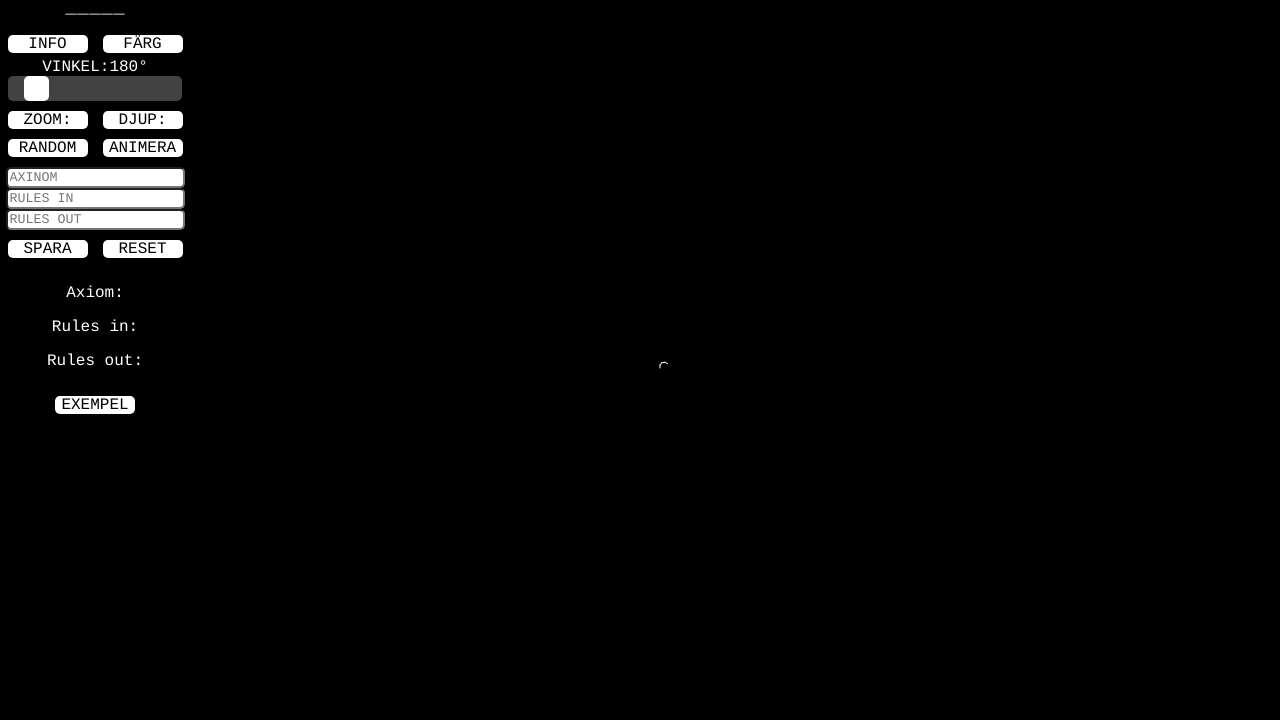
Repository: Gabrielw123/Fraktalgenerator
Page: fraktaler/test/index.html
An editor plug-in stored every save of this project. The page is shown before and after the next save, followed by the edit.
The browser window is 1280 px wide. The pictures show the whole page.
Some web libraries are served in a nearby version.

Above is the page before, as saved 2022-01-13 09:48:29.

### fraktaler/test/index.html
<!DOCTYPE html>
<html lang="en">
  <head>
    <meta charset="UTF-8" />
    <meta http-equiv="X-UA-Compatible" content="IE=edge" />
    <meta name="viewport" content="width=device-width, initial-scale=1.0" />
    <link rel="stylesheet" href="style.css" />
    <title>Fraktal Generator</title>
    <script src="https://cdn.jsdelivr.net/npm/p5@1.0.0/lib/p5.js"></script>
    <!--fading-->
    <script src="http://ajax.googleapis.com/ajax/libs/jquery/1.7.1/jquery.min.js" type="text/javascript"></script>
  </head>
  <body>
    <!--Skapa en canvas-->
    <canvas id="canvas"></canvas>
    <div class="menu">
      <div class="kontroller">
        <div onmousedown="return false" onselectstart="return false" class="grid-container1">
          <div class="grid-item">
            <a class="knappgöm" id="gömknapp" onClick="action();">⏤⏤⏤⏤⏤</a>
          </div>
        </div>
        <div onmousedown="return false" onselectstart="return false" class="grid-container" id="göm1">
          <div class="grid-item">
            <a class="knapp" id="infoknapp">INFO</a>
          </div>
          <div class="grid-item">
            <a class="knapp" id="colorknapp" onclick="color();">FÄRG</a>
          </div>
      </div>
      <!--slider vinkel-->
      <div class="slider-container" id="göm2">
        <a onmousedown="return false" onselectstart="return false" >VINKEL:<span id="vinkel-out"></span>&deg;</a>
        <input type="range" min="0" max="360" class="slider" id="vinkel" />
      </div>

      <div onmousedown="return false" onselectstart="return false" class="grid-container"id="göm3">
        <div class="grid-item">
          <a class="knapp" id="längdknapp"
            >ZOOM:<span id="segment_n"></span
          ></a>
        </div>
        <div class="grid-item">
          <a class="knapp" id="djupknapp">DJUP:<span id="generation-out"></span></a>
        </div>

        <div class="grid-item">
          <a class="knapp" id="randomknapp" onclick="random();">RANDOM</a>
        </div>
        <div class="grid-item">
          <a class="knapp" id="animeraknapp" onclick="animera();">ANIMERA</a>
        </div>
      </div>

      <div class="grid-container1"id="göm4">
        <div class="grid-item">
          <input style="font-family:courier" class="input" type="text" placeholder="AXINOM" id="axiom" />
          <input style="font-family:courier" class="input" type="text" placeholder="RULES IN" id="rules1" />
          <input style="font-family:courier" class="input" type="text" placeholder="RULES OUT" id="rules2" />
        </div>

      </div>
      <div onmousedown="return false" onselectstart="return false" class="grid-container"id="göm5">
        <div class="grid-item">
          <a class="knapp" id="btn">SPARA</a>
        </div>
        <div class="grid-item">
          <a class="knapp" id="resetknapp" onclick="reset();">RESET</a>
        </div>

      </div>
      <div class="grid-container1"id="göm6">

        <div class="grid-item">
          <p>Axiom:<span id="axiom-out"></span></p>
          <p>Rules in:<span id="rules1-out"></span></p>
          <p>Rules out:<span id="rules2-out"></span></p>
          <p></p>
        </div>
        <div class="grid-item">
          <a onmousedown="return false" onselectstart="return false" class="knapp" id="exempelknapp" onclick="example();">EXEMPEL</a>
        </div>
      </div>

      <!--EXEMPEL-->

      <div onmousedown="return false" onselectstart="return false"  class="grid-container"id="göm7">
        <div class="grid-item">
          <a class="knappex" id="Board">Board</a>
        </div>
        <div class="grid-item">
          <a class="knappex" id="Crystal">Crystal</a>
        </div>
        <div class="grid-item">
          <a class="knappex" id="Dragon Curve">Dragon Curve</a>
        </div>
        <div class="grid-item">
          <a class="knappex" id="Hexagonal Gosper">Hexagonal Gosper</a>
        </div>
        <div class="grid-item">
          <a class="knappex" id="Kochcurve" >Koch curve</a>
        </div>
        <div class="grid-item">
          <a class="knappex" id="Krishna Anklets">Krishna Anklets</a>
        </div>
        <div class="grid-item">
          <a class="knappex" id="Lévy curve" >Lévy curve</a>
        </div>
        <div class="grid-item">
          <a class="knappex" id="L-System Bushes 1" >L-System Bushes 1</a>
        </div>
        <div class="grid-item">
          <a class="knappex" id="L-System Bushes 2">L-System Bushes 2</a>
        </div>
        <div class="grid-item">
          <a class="knappex" id="Peano Curve">Peano Curve</a>
        </div>
        <div class="grid-item">
          <a class="knappex" id="Quadratic Snowflake">Quadratic Snowflake
          </a>
        </div>
        <div class="grid-item">
          <a class="knappex" id="Rings" >Rings</a>
        </div>
        <div class="grid-item">
          <a class="knappex" id="Sierpinski Arrowhead">Sierpinski Arrowhead</a>
        </div>
        <div class="grid-item">
          <a class="knappex" id="Sierpinskisquare">Sierpinski Square</a>
        </div>
        <div class="grid-item">
          <a class="knappex" id="Snowflake">Snowflake</a>
        </div>
        <div class="grid-item">
          <a class="knappex" id="Tiles" >Tiles</a>
        </div>
        <div class="grid-item">
          <a class="knappex" id="Triangle">Triangle</a>
        </div>
        <div class="grid-item">
          <a class="knappex" id="Von Koch Snowflake" >Von Koch Snowflake</a>
        </div>
    </div>
  </div>
    <!--Script-->
    <script src="bruh.js">example();
      fraktal.update();
    </script>
  </body>
</html>

### fraktaler/test/style.css
body {
  font-family: "courier", monospace;
  background-color: black;
  color: white;
  text-align: center;
}

.menu {
  background: rgba(97, 97, 97, 1);
  width: 190px;
  height: windowHeight;
  margin: auto;
  border-radius: 10px;
  position: fixed;
  top: 0%;
  left: 0%;
  right: 100%;
}
.input {
  width: 90%;
  border-radius: 5px;
}
#color {
  color: red;
}
.kontroller {
  background: rgba(97, 97, 97, 0);
  width: 190px;
  height: 180px;
  margin: auto;
  border-radius: 10px;
  position: fixed;
  top: 0%;
  left: 0%;
  right: 100%;
}
.grid-container {
  display: grid;
  grid-template-columns: auto auto;
}
.grid-item {
  text-align: center;
  margin: auto;
  padding-top: 5px;
  padding-bottom: 5px;
}
.grid-container1 {
  display: grid;
  grid-template-columns: auto;
}
.grid-item1 {
  text-align: center;
  margin: auto;
  padding-top: 5px;
  padding-bottom: 5px;
  width: 300px;
}
#axiom-out {
  text-align: left;
}
.slider-container {
  display: grid;
  grid-template-columns: auto;
  width: 92%;
  margin: auto;
  padding-bottom: 5px;
}
.slider {
  -webkit-appearance: none;
  width: 100%;
  height: 25px;
  background: #424242;
  outline: none;
  margin: auto;
  -webkit-transition: 0.2s;
  transition: opacity 0.2s;
  border-radius: 5px;
}

.slider:hover {
  background: #262626;
}

.slider::-webkit-slider-thumb {
  -webkit-appearance: none;
  appearance: none;
  width: 25px;
  height: 25px;
  background: #ffffff;
  cursor: pointer;
  border-radius: 5px;
}

.slider::-moz-range-thumb {
  width: 25px;
  height: 25px;
  background: #04aa6d;
  cursor: pointer;
}

a.knapp {
  display: block;
  background: white;
  color: black;
  width: 80px;
  cursor: pointer;
  border-radius: 5px;
}
a.knapp:hover {
  background: #424242;
  border-radius: 5px;
}

#canvas {
  position: fixed;
  top: 0px;
  left: 0px;
  z-index: -1;
}

a.knappon {
  display: block;
  width: 80px;
  background: #444444;
  color: #ffffff;
  cursor: pointer;
  border-radius: 5px;
}
a.knappex {
  display: block;
  background: white;
  color: black;
  width: 85px;
  cursor: pointer;
  font-size: 15px;
  height: 35px;
  border-radius: 5px;
  text-align: auto;
}
a.knappex:hover {
  background: #424242;
  border-radius: 5px;
}
.span {
  width: 500px;
}
.knappgöm {
  display: block;
  background: black;
  color: white;
  width: 85px;
  height: 20px;
  cursor: pointer;
  font-size: 15px;
  border-radius: 5px;
}
a.knappgöm:hover {
  background: #424242;
  border-radius: 5px;
}

Loaded but not shown: fraktaler/test/bruh.js (762 lines, source omitted)

After the next save:
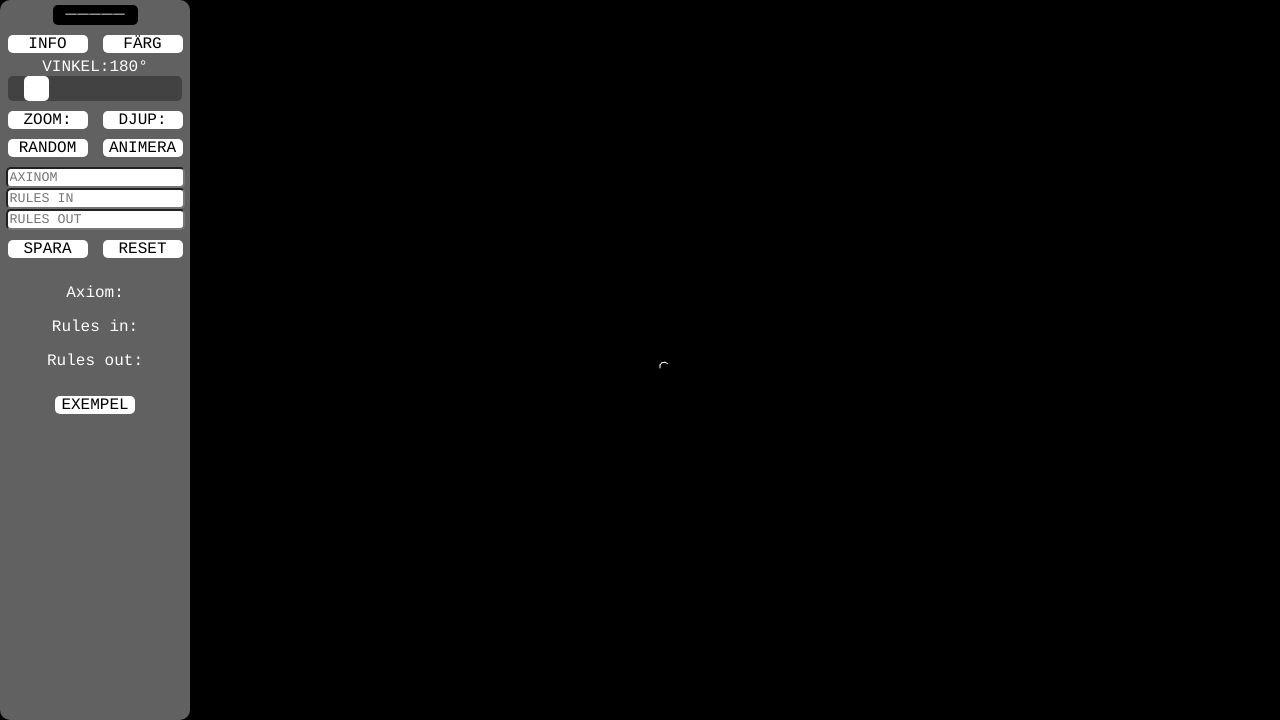
Saved 8 s later.
--- a/fraktaler/test/style.css
+++ b/fraktaler/test/style.css
@@ -8,7 +8,7 @@ body {
 .menu {
   background: rgba(97, 97, 97, 1);
   width: 190px;
-  height: windowHeight;
+  height: 100%;
   margin: auto;
   border-radius: 10px;
   position: fixed;
